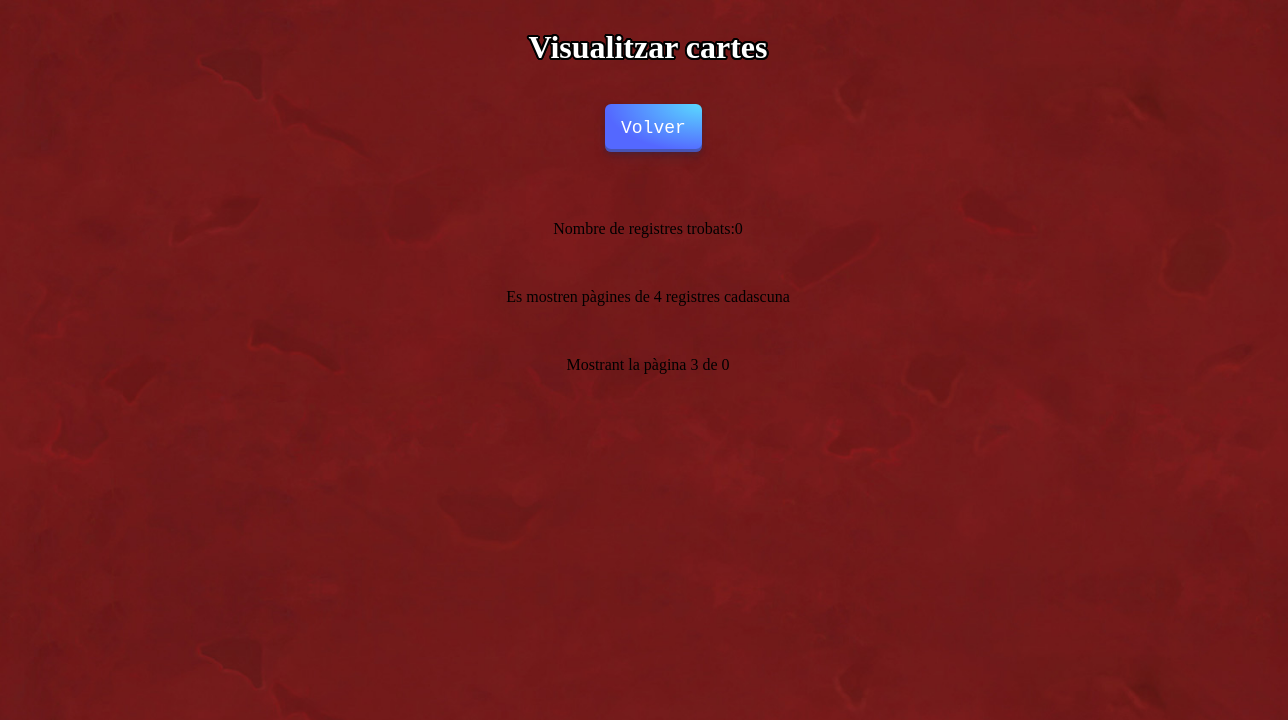
Repository: azumay/Juego-Cartas-RPG
Page: http://localhost/Prueba/verCartas.jsp
An editor plug-in stored every save of this project. The page is shown before and after the next save, followed by the edit.
The browser window is 1280 px wide. The page is 1288 px wide, so the pictures cover 1288 px, including what lies to the right of the window. The pictures show the whole page.
The page is served by Tomcat 9. Queries for data that is not in the repository find no rows.

Above is the page before, as saved 2022-02-20 18:02:32.

### Prueba/src/main/webapp/verCartas.jsp
<%@ page import="java.util.Arrays,java.util.List"%>
<%@ page import="java.sql.*" %>
<%@ page language="java" contentType="text/html; charset=UTF-8" pageEncoding="UTF-8"%>
<!DOCTYPE html>
<html>
<head>
<link rel="icon" type="image/x-icon" href="img/orco.ico">
<meta charset="US-ASCII">
<link rel="stylesheet" href="Estilos/estilosCartaRandom.css">
<title>Rpg Card Generator</title>

</head>
<h1 class="titol">Visualitzar cartes</h1>
 <ul class="breadcrumb">
 <a href='index.jsp'>
  <button class="button-29" role="button">Volver</button>
  </a>

</ul>
<br><br>
<%//  variables per fer la connexio:
	 String user="m8";
	String password="yamuza";
	String host="localhost";
	String db = "cartas_m8";
	String url = "jdbc:mysql://"+host+"/"+db;
	Connection conn = null;
	Statement statement = null;
	Statement num_registres=null;
	ResultSet rs = null;
	ResultSet num_reg=null;
	int inicio;

	//Limito la busqueda
	int TAMANO_PAGINA = 4;

	//examino la página a mostrar y el inicio del registro a mostrar
	String pag = request.getParameter("pagina");
	int pagina=3;
	if (pagina==0) {
	   	inicio = 0;
	    pagina=1;
	}
	else {
	    inicio = (pagina - 1) * TAMANO_PAGINA;
	}

	/**
	//miro a ver el número total de campos que hay en la tabla con esa búsqueda
**/
Class.forName("com.mysql.jdbc.Driver").newInstance ();
conn = DriverManager.getConnection(url, user, password);
num_registres = conn.createStatement();
//inmediatamente hacemos una consulta sencilla
//creamos la consulta
num_reg = num_registres.executeQuery("SELECT * FROM Cartas;");
int num_total_registros=0;
while(num_reg.next()) {
	num_total_registros++;
}

//calculo el total de páginas
int total_paginas = (int)Math.ceil(((double)num_total_registros/ TAMANO_PAGINA));

//pongo el número de registros total, el tamaño de página y la página que se muestra

out.print("<p class='resultado'>Nombre de registres trobats:"+num_total_registros+"</p><br>");
out.print("<p class='resultado'>Es mostren pàgines de "+TAMANO_PAGINA+" registres cadascuna</p><br>");
out.print("<p class='resultado'>Mostrant la pàgina "+pagina+" de "+total_paginas+"</p><br>");




//out.print("<a href=VisualitzarCartes.jsp?pagina=2>"+2+"</a> ");
if (total_paginas > 1){
    for (int i=1;i<=total_paginas;i++){
       if (pagina == i)
          //si muestro el índice de la página actual, no coloco enlace
          out.print(pagina);
       else
          //si el índice no corresponde con la página mostrada actualmente, coloco el enlace para ir a esa página
          out.print(" <a href=VisualitzarCartes.jsp?pagina="+i+">"+i+"</a> ");
    }
}
out.print("<br><br>");
try{

	Class.forName("com.mysql.jdbc.Driver").newInstance ();
	conn = DriverManager.getConnection(url, user, password);
	statement = conn.createStatement();
	//inmediatamente hacemos una consulta sencilla
	//creamos la consulta
	String sentence="SELECT * from Carta limit "+inicio+","+TAMANO_PAGINA;
	rs = statement.executeQuery(sentence);
	//leemos la consulta
	while(rs.next()) {
	//mostramos los resultados obtenidos
	//out.println(rs.getString("ID_carta"));
	//String nom=request.getParameter("nom");
	out.print(rs.getString("NOM_carta"));%>

	<br>
	race:<%out.print(rs.getString("RACE_carta")); %><br>
	FUE:<%out.print(rs.getString("FUE_carta")); %><br>
	DES:<%out.print(rs.getString("DES_carta")); %><br>
	CON:<%out.print(rs.getString("CON_carta")); %><br>
	INT:<%out.print(rs.getString("INT_carta")); %><br>
	SAB:<%out.print(rs.getString("SAB_carta")); %><br>
	CAR:<%out.print(rs.getString("CAR_carta")); %><br>
	PV:<%out.print(rs.getString("PV_carta")); %><br>
	<table width="<%out.print(rs.getString("PV_carta")); %>" bgcolor="red"><tr><td></td></tr></table>
	PM:<%out.print(rs.getString("PM_carta")); %><br>
	<table width="<%out.print(rs.getString("PM_carta")); %>" bgcolor="blue"><tr><td></td></tr></table>
	<br>
	<img src="img/<%out.print(rs.getString("PIC_carta")); %>.png" height="100" width="80">
	<br>
<%
	}
	//cerramos la conexión
	rs.close();
	}catch(SQLException error) {
	out.print("Error de Conexión : "+error.toString());
	}



	%>

### Prueba/src/main/webapp/Estilos/estilosCartaRandom.css
@charset "UTF-8";

/* ESTILOS VERCARTAS.JSP */
.titol{
	color: rgb(255, 255, 255);
	text-shadow: rgb(0, 0, 0) 2px 0px 0px, rgb(0, 0, 0) 1.75517px 0.95885px
		0px, rgb(0, 0, 0) 1.0806px 1.68294px 0px, rgb(0, 0, 0) 0.14147px
		1.99499px 0px, rgb(0, 0, 0) -0.83229px 1.81859px 0px, rgb(0, 0, 0)
		-1.60229px 1.19694px 0px, rgb(0, 0, 0) -1.97998px 0.28224px 0px,
		rgb(0, 0, 0) -1.87291px -0.70157px 0px, rgb(0, 0, 0) -1.30729px
		-1.5136px 0px, rgb(0, 0, 0) -0.42159px -1.95506px 0px, rgb(0, 0, 0)
		0.56732px -1.91785px 0px, rgb(0, 0, 0) 1.41734px -1.41108px 0px,
		rgb(0, 0, 0) 1.92034px -0.55883px 0px;
}

/* ESTILOS GENERALES */
body {
	background-image: url("../img/fondo-creacion-cartas.jpg");
	background-size: cover;
	display: flex;
	-moz-box-pack: start;
	justify-content: flex-start;
	flex-direction: column;
	-moz-box-align: center;
	align-items: center;
	position: relative;
	padding-bottom: 125px;
	width: 100%;
	overflow: hidden;
}
/* ESTILOS CASRTARANDOM.JSP */
.demo {
	border: 1px solid #C0C0C0;
	border-collapse: collapse;
	padding: 5px;
	background-color: white;
}

.demo th {
	border: 1px solid #C0C0C0;
	padding: 25px;
	background: #F0F0F0;
}

.demo td {
	border: 1px solid #C0C0C0;
	padding: 5px;
	padding: 25px;
}

a {
	margin-right: 30px;
}
.botones-control{
	margin: 0px 40px 10px 0px;
}
.copy{
	color: rgb(255, 255, 255);
	text-shadow: rgb(0, 0, 0) 2px 0px 0px, rgb(0, 0, 0) 1.75517px 0.95885px
		0px, rgb(0, 0, 0) 1.0806px 1.68294px 0px, rgb(0, 0, 0) 0.14147px
		1.99499px 0px, rgb(0, 0, 0) -0.83229px 1.81859px 0px, rgb(0, 0, 0)
		-1.60229px 1.19694px 0px, rgb(0, 0, 0) -1.97998px 0.28224px 0px,
		rgb(0, 0, 0) -1.87291px -0.70157px 0px, rgb(0, 0, 0) -1.30729px
		-1.5136px 0px, rgb(0, 0, 0) -0.42159px -1.95506px 0px, rgb(0, 0, 0)
		0.56732px -1.91785px 0px, rgb(0, 0, 0) 1.41734px -1.41108px 0px,
		rgb(0, 0, 0) 1.92034px -0.55883px 0px;
}
.titulo-cabecera h2 {
	color: rgb(255, 255, 255);
	text-shadow: rgb(0, 0, 0) 2px 0px 0px, rgb(0, 0, 0) 1.75517px 0.95885px
		0px, rgb(0, 0, 0) 1.0806px 1.68294px 0px, rgb(0, 0, 0) 0.14147px
		1.99499px 0px, rgb(0, 0, 0) -0.83229px 1.81859px 0px, rgb(0, 0, 0)
		-1.60229px 1.19694px 0px, rgb(0, 0, 0) -1.97998px 0.28224px 0px,
		rgb(0, 0, 0) -1.87291px -0.70157px 0px, rgb(0, 0, 0) -1.30729px
		-1.5136px 0px, rgb(0, 0, 0) -0.42159px -1.95506px 0px, rgb(0, 0, 0)
		0.56732px -1.91785px 0px, rgb(0, 0, 0) 1.41734px -1.41108px 0px,
		rgb(0, 0, 0) 1.92034px -0.55883px 0px;
	position: relative;
	z-index: 1;
	width: 100%;
	margin-top: 35px;
}

.titulo-cabecera {
	margin: 10px 0 55px;
    width: 550px;
    position: relative;
    text-align: center;
    display: flex;
    -moz-box-pack: center;
    justify-content: center;
    -moz-box-align: center;
    align-items: center;
    z-index: 1;
}

.titulo-cabecera img {
	position: absolute;
	top: 0px;
	left: 0px;
	width: 100%;
	max-width: 100%;
}
/* CSS BOTONES */

a:link, a:visited, a:active {
    text-decoration:none;
}
.button-29 {
	align-items: center;
	appearance: none;
	background-image: radial-gradient(100% 100% at 100% 0, #5adaff 0, #5468ff 100%);
	border: 0;
	border-radius: 6px;
	box-shadow: rgba(45, 35, 66, .4) 0 2px 4px, rgba(45, 35, 66, .3) 0 7px
		13px -3px, rgba(58, 65, 111, .5) 0 -3px 0 inset;
	box-sizing: border-box;
	color: #fff;
	cursor: pointer;
	display: inline-flex;
	font-family: "JetBrains Mono", monospace;
	height: 48px;
	justify-content: center;
	line-height: 1;
	list-style: none;
	overflow: hidden;
	padding-left: 16px;
	padding-right: 16px;
	position: relative;
	text-align: left;
	text-decoration: none;
	transition: box-shadow .15s, transform .15s;
	user-select: none;
	-webkit-user-select: none;
	touch-action: manipulation;
	white-space: nowrap;
	will-change: box-shadow, transform;
	font-size: 18px;
}

.button-29:focus {
	box-shadow: #3c4fe0 0 0 0 1.5px inset, rgba(45, 35, 66, .4) 0 2px 4px,
		rgba(45, 35, 66, .3) 0 7px 13px -3px, #3c4fe0 0 -3px 0 inset;
}

.button-29:hover {
	box-shadow: rgba(45, 35, 66, .4) 0 4px 8px, rgba(45, 35, 66, .3) 0 7px
		13px -3px, #3c4fe0 0 -3px 0 inset;
	transform: translateY(-2px);
}

.button-29:active {
	box-shadow: #3c4fe0 0 3px 7px inset;
	transform: translateY(2px);
}

After the next save:
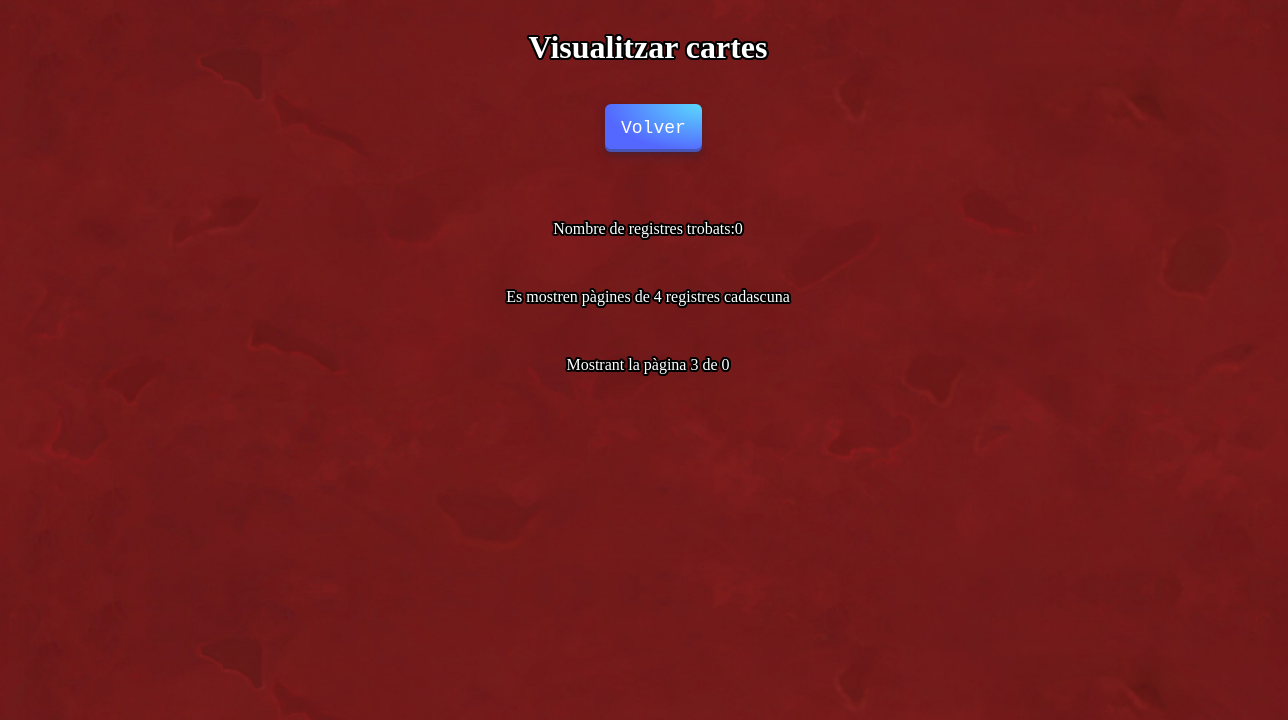
Saved 17 s later.
--- a/Prueba/src/main/webapp/Estilos/estilosCartaRandom.css
+++ b/Prueba/src/main/webapp/Estilos/estilosCartaRandom.css
@@ -1,6 +1,17 @@
 @charset "UTF-8";
 
 /* ESTILOS VERCARTAS.JSP */
+.resultado{
+	color: rgb(255, 255, 255);
+	text-shadow: rgb(0, 0, 0) 2px 0px 0px, rgb(0, 0, 0) 1.75517px 0.95885px
+		0px, rgb(0, 0, 0) 1.0806px 1.68294px 0px, rgb(0, 0, 0) 0.14147px
+		1.99499px 0px, rgb(0, 0, 0) -0.83229px 1.81859px 0px, rgb(0, 0, 0)
+		-1.60229px 1.19694px 0px, rgb(0, 0, 0) -1.97998px 0.28224px 0px,
+		rgb(0, 0, 0) -1.87291px -0.70157px 0px, rgb(0, 0, 0) -1.30729px
+		-1.5136px 0px, rgb(0, 0, 0) -0.42159px -1.95506px 0px, rgb(0, 0, 0)
+		0.56732px -1.91785px 0px, rgb(0, 0, 0) 1.41734px -1.41108px 0px,
+		rgb(0, 0, 0) 1.92034px -0.55883px 0px;
+}
 .titol{
 	color: rgb(255, 255, 255);
 	text-shadow: rgb(0, 0, 0) 2px 0px 0px, rgb(0, 0, 0) 1.75517px 0.95885px
